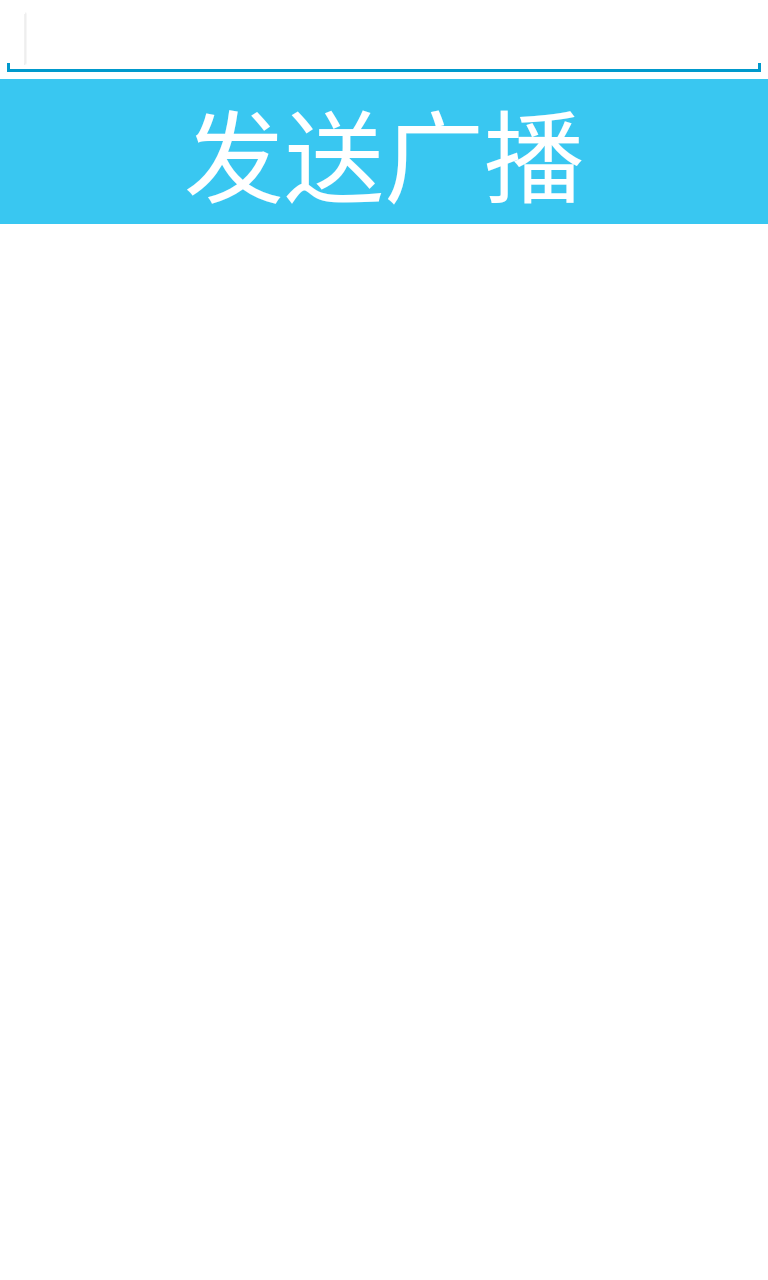
Repository: moetmd/learning-Android
Layout: BroadcastDemo/res/layout/activity_main.xml
These files come from the project's save history. The layout is drawn as it stood at one moment and after the next save; the edit follows.
It is drawn on a 768 x 1280 px phone screen (xhdpi) without system bars, with theme AppTheme; the app's code is not run.

Above is the layout before, as saved 2014-11-19 03:42:28.

### BroadcastDemo/res/layout/activity_main.xml
<FrameLayout xmlns:android="http://schemas.android.com/apk/res/android"
    xmlns:tools="http://schemas.android.com/tools"
    android:id="@+id/container"
    android:layout_width="match_parent"
    android:layout_height="match_parent"
    tools:context="com.niit.broadcastdemo.MainActivity"
    tools:ignore="MergeRootFrame" >

    <LinearLayout
        android:layout_width="match_parent"
        android:layout_height="match_parent"
        android:orientation="vertical" >

        <EditText
            android:id="@+id/editText1"
            android:layout_width="match_parent"
            android:layout_height="wrap_content"
            android:ems="10" >

            <requestFocus />
        </EditText>

        <Button
            android:id="@+id/button1"
            android:layout_width="match_parent"
            android:layout_height="wrap_content"
            android:background="#39C7F1"
            android:textColor="#FFFFFF"
            android:textSize="50sp"
            android:text="发送广播" />

    </LinearLayout>

</FrameLayout>

Loaded but not shown: BroadcastDemo/res/values/styles.xml (common file); BroadcastDemo/res/values-v11/styles.xml (common file); BroadcastDemo/res/values-v14/styles.xml (common file)

After the next save:
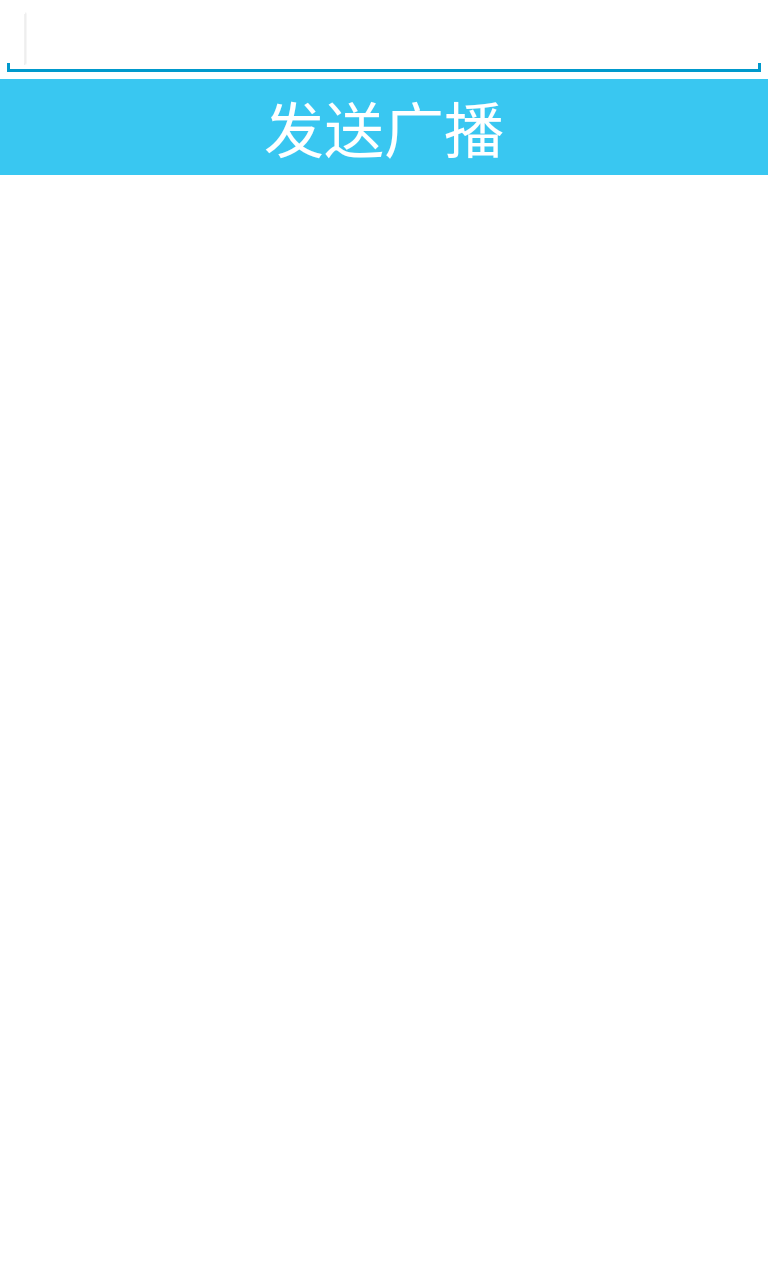
Saved 7 s later.
--- a/BroadcastDemo/res/layout/activity_main.xml
+++ b/BroadcastDemo/res/layout/activity_main.xml
@@ -26,7 +26,7 @@
             android:layout_height="wrap_content"
             android:background="#39C7F1"
             android:textColor="#FFFFFF"
-            android:textSize="50sp"
+            android:textSize="30sp"
             android:text="发送广播" />
 
     </LinearLayout>
